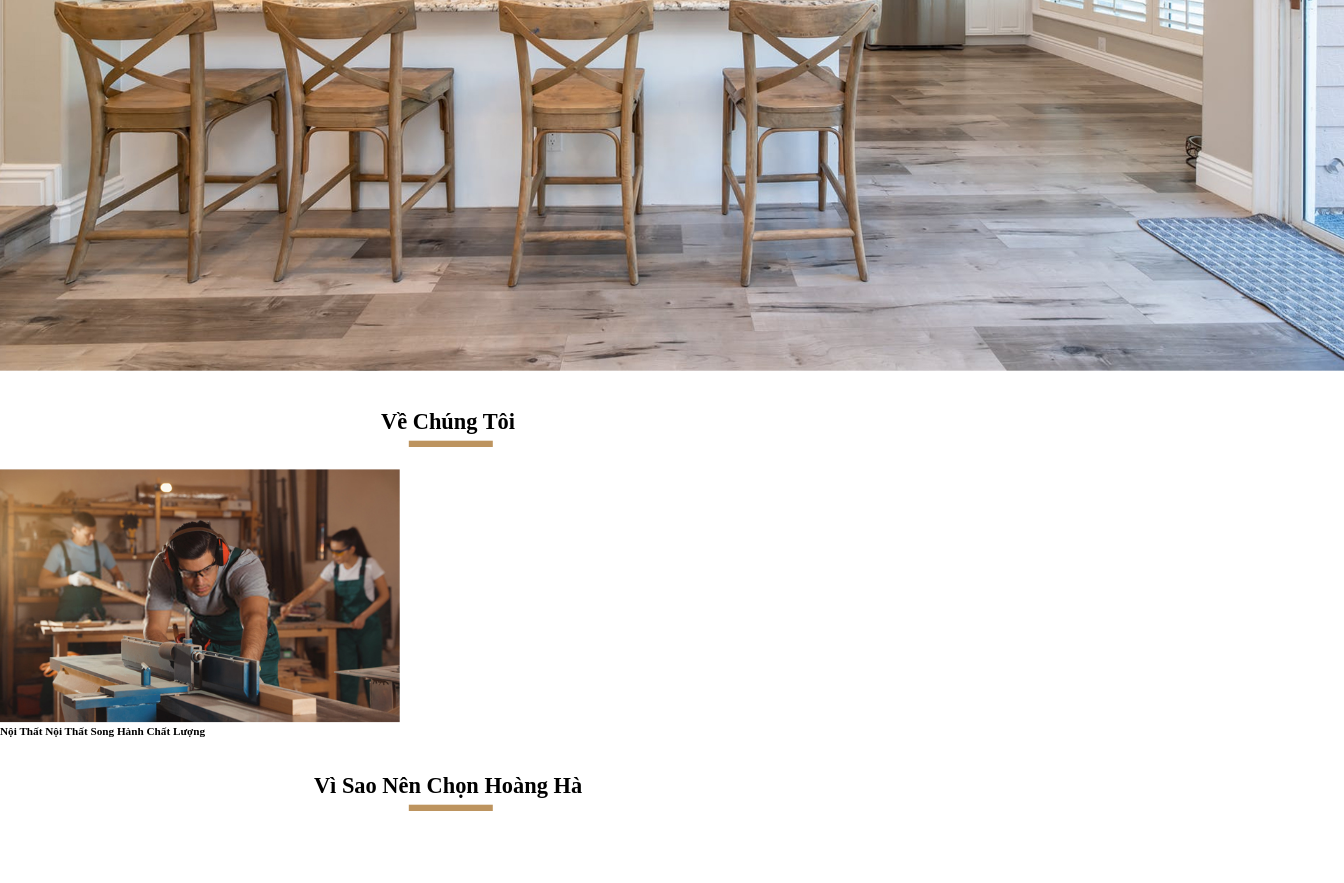
Repository: LDDUNG2003/front_end
Page: index.html
The author's editor kept a copy of each file at every save. The page is drawn from the files as they stood at one save, then again after the next save.
The browser window is 1280 px wide. The page is 1920 px wide, so the pictures cover 1920 px, including what lies to the right of the window. The pictures show the part of the page from y = 2252 to 3532 px (the page is 3514 px tall before and 3532 px after), at 70% of full size.
Some web libraries are served in a nearby version.

Above is the page before, as saved 2023-08-29 10:12:14.

After the next save:
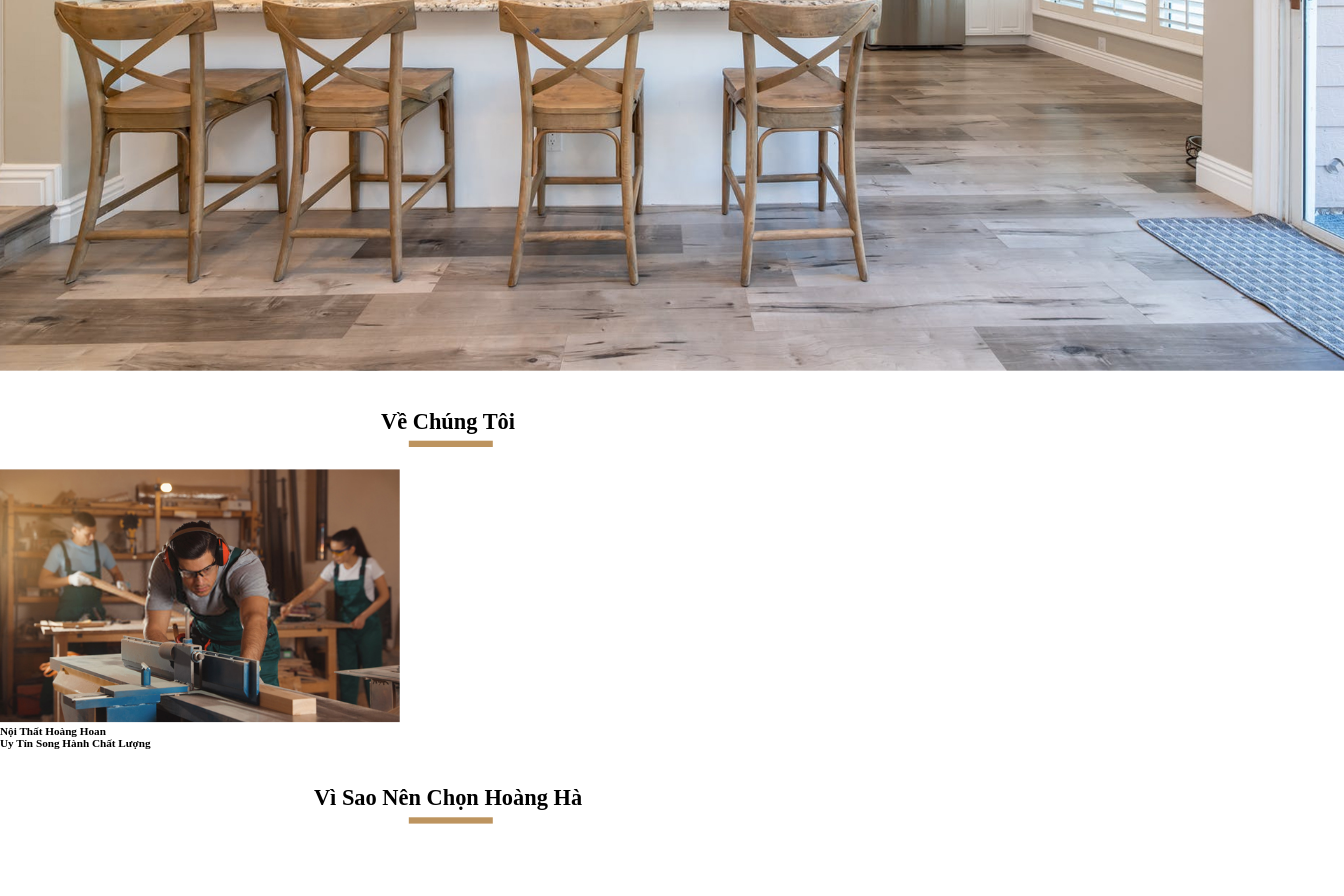
Saved 36 s later.
--- a/index.html
+++ b/index.html
@@ -180,7 +180,9 @@
                                     <img src="./public/img/about/ve-chung-toi.jpg" alt=" ">
                                 </div>
                                 <div class="about--content ">
-                                    <h4 class="about--content--title">Nội Thất <span>Nội Thất Song Hành Chất Lượng       </span></h4>
+                                    <h4 class="about--content--title">Nội Thất <span>Hoàng Hoan</span>
+                                        <br> Uy Tín Song Hành Chất Lượng
+                                    </h4>
                                 </div>
                             </div>
                         </div>
